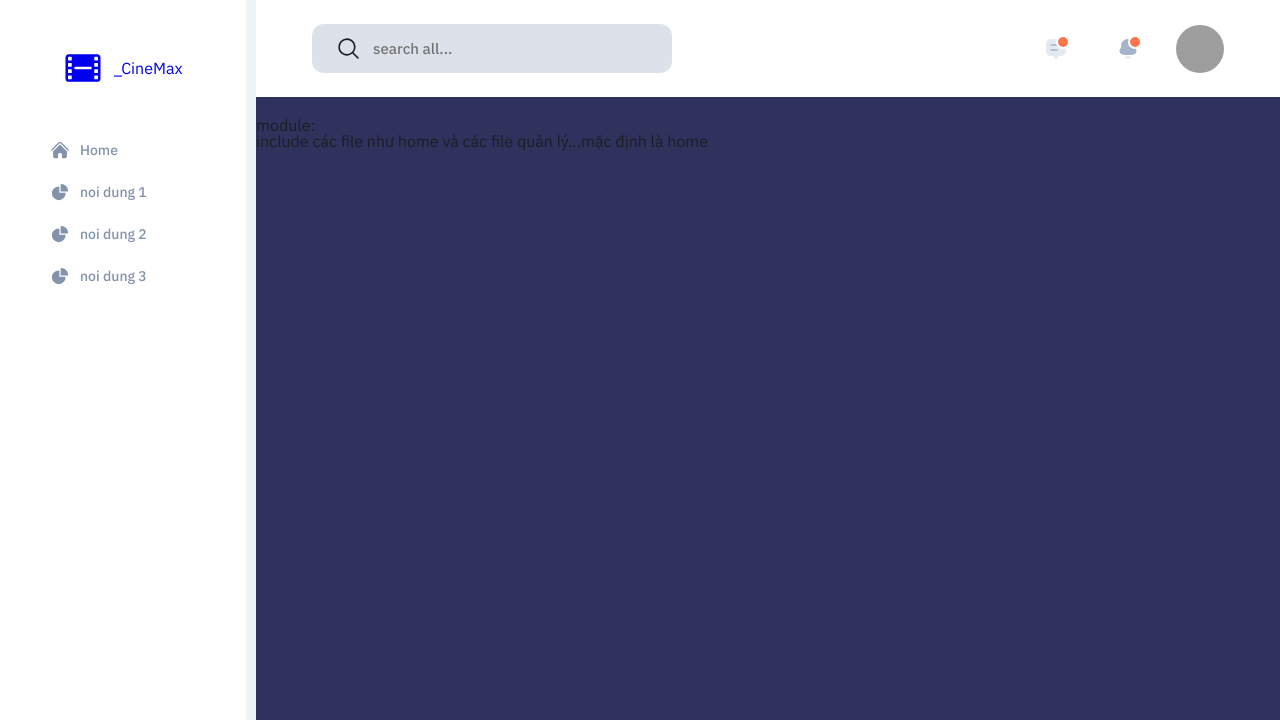
Repository: tdthinhtran961/DoAnCineMax
Page: http://localhost/admin/index.php?act=movies
An editor plug-in stored every save of this project. The page is shown before and after the next save, followed by the edit.
The browser window is 1280 px wide. The pictures show the whole page.
Pictures or frames that could not be fetched are drawn as grey boxes. The page is run by PHP 8.4 with error messages shown; the project is at /var/www/html/.

Above is the page before, as saved 2023-05-25 23:49:25.

### admin/index.php
<!DOCTYPE html>
<html lang="en">
<head>
    <meta charset="UTF-8">
    <meta http-equiv="X-UA-Compatible" content="IE=edge">
    <meta name="viewport" content="width=device-width, initial-scale=1.0">
    <title>Admin CineMax</title>

    <link rel="stylesheet" href="./index.css">

    <link rel="preconnect" href="https://fonts.googleapis.com">
    <link rel="preconnect" href="https://fonts.gstatic.com" crossorigin>
    <link href="https://fonts.googleapis.com/css2?family=IBM+Plex+Sans:wght@400;500;600;700&display=swap" rel="stylesheet">
</head>
<body>
    <div class="wrapper">
        <?php include "./view/layout/sidebar.php" ?>
        <main class="main">
            <?php include "./view/layout/topbar.php" ?>
            <div class="main-container">
                <h1>module:</h1>
                include các file như home và các file quản lý...mặc định là home
            </div>
        </main>
    </div>
</body>
</html>

### admin/view/layout/sidebar.php
<aside class="sidebar">
    <a href="#" class="logo">
        <svg xmlns="http://www.w3.org/2000/svg" viewBox="0 0 24 24" fill="currentColor" class="w-6 h-6 logo-icon">
            <path fill-rule="evenodd" d="M1.5 5.625c0-1.036.84-1.875 1.875-1.875h17.25c1.035 0 1.875.84 1.875 1.875v12.75c0 1.035-.84 1.875-1.875 1.875H3.375A1.875 1.875 0 011.5 18.375V5.625zm1.5 0v1.5c0 .207.168.375.375.375h1.5a.375.375 0 00.375-.375v-1.5a.375.375 0 00-.375-.375h-1.5A.375.375 0 003 5.625zm16.125-.375a.375.375 0 00-.375.375v1.5c0 .207.168.375.375.375h1.5A.375.375 0 0021 7.125v-1.5a.375.375 0 00-.375-.375h-1.5zM21 9.375A.375.375 0 0020.625 9h-1.5a.375.375 0 00-.375.375v1.5c0 .207.168.375.375.375h1.5a.375.375 0 00.375-.375v-1.5zm0 3.75a.375.375 0 00-.375-.375h-1.5a.375.375 0 00-.375.375v1.5c0 .207.168.375.375.375h1.5a.375.375 0 00.375-.375v-1.5zm0 3.75a.375.375 0 00-.375-.375h-1.5a.375.375 0 00-.375.375v1.5c0 .207.168.375.375.375h1.5a.375.375 0 00.375-.375v-1.5zM4.875 18.75a.375.375 0 00.375-.375v-1.5a.375.375 0 00-.375-.375h-1.5a.375.375 0 00-.375.375v1.5c0 .207.168.375.375.375h1.5zM3.375 15h1.5a.375.375 0 00.375-.375v-1.5a.375.375 0 00-.375-.375h-1.5a.375.375 0 00-.375.375v1.5c0 .207.168.375.375.375zm0-3.75h1.5a.375.375 0 00.375-.375v-1.5A.375.375 0 004.875 9h-1.5A.375.375 0 003 9.375v1.5c0 .207.168.375.375.375zm4.125 0a.75.75 0 000 1.5h9a.75.75 0 000-1.5h-9z" clip-rule="evenodd" />
        </svg>
        _CineMax
    </a>
    <ul class="menu">
        <li class="menu-item">
            <a href="#" class="menu-link">
                <svg xmlns="http://www.w3.org/2000/svg" viewBox="0 0 24 24" fill="currentColor" class="w-6 h-6 menu-icon">
                    <path d="M11.47 3.84a.75.75 0 011.06 0l8.69 8.69a.75.75 0 101.06-1.06l-8.689-8.69a2.25 2.25 0 00-3.182 0l-8.69 8.69a.75.75 0 001.061 1.06l8.69-8.69z" />
                    <path d="M12 5.432l8.159 8.159c.03.03.06.058.091.086v6.198c0 1.035-.84 1.875-1.875 1.875H15a.75.75 0 01-.75-.75v-4.5a.75.75 0 00-.75-.75h-3a.75.75 0 00-.75.75V21a.75.75 0 01-.75.75H5.625a1.875 1.875 0 01-1.875-1.875v-6.198a2.29 2.29 0 00.091-.086L12 5.43z" />
                </svg>
                <span class="menu-text">Home</span>
            </a>
        </li>
        <li class="menu-item">
            <a href="#" class="menu-link">
            <svg xmlns="http://www.w3.org/2000/svg" viewBox="0 0 24 24" fill="currentColor" class="w-6 h-6 menu-icon">
                <path fill-rule="evenodd" d="M2.25 13.5a8.25 8.25 0 018.25-8.25.75.75 0 01.75.75v6.75H18a.75.75 0 01.75.75 8.25 8.25 0 01-16.5 0z" clip-rule="evenodd" />
                <path fill-rule="evenodd" d="M12.75 3a.75.75 0 01.75-.75 8.25 8.25 0 018.25 8.25.75.75 0 01-.75.75h-7.5a.75.75 0 01-.75-.75V3z" clip-rule="evenodd" />
            </svg>
                <span class="menu-text">noi dung 1</span>
            </a>
        </li>
        <li class="menu-item">
            <a href="#" class="menu-link">
                <svg xmlns="http://www.w3.org/2000/svg" viewBox="0 0 24 24" fill="currentColor" class="w-6 h-6 menu-icon">
                    <path fill-rule="evenodd" d="M2.25 13.5a8.25 8.25 0 018.25-8.25.75.75 0 01.75.75v6.75H18a.75.75 0 01.75.75 8.25 8.25 0 01-16.5 0z" clip-rule="evenodd" />
                    <path fill-rule="evenodd" d="M12.75 3a.75.75 0 01.75-.75 8.25 8.25 0 018.25 8.25.75.75 0 01-.75.75h-7.5a.75.75 0 01-.75-.75V3z" clip-rule="evenodd" />
                </svg>
                <span class="menu-text">noi dung 2</span>
            </a>
        </li>
        <li class="menu-item">
            <a href="#" class="menu-link">
            <svg xmlns="http://www.w3.org/2000/svg" viewBox="0 0 24 24" fill="currentColor" class="w-6 h-6 menu-icon">
                <path fill-rule="evenodd" d="M2.25 13.5a8.25 8.25 0 018.25-8.25.75.75 0 01.75.75v6.75H18a.75.75 0 01.75.75 8.25 8.25 0 01-16.5 0z" clip-rule="evenodd" />
                <path fill-rule="evenodd" d="M12.75 3a.75.75 0 01.75-.75 8.25 8.25 0 018.25 8.25.75.75 0 01-.75.75h-7.5a.75.75 0 01-.75-.75V3z" clip-rule="evenodd" />
            </svg>
                <span class="menu-text">noi dung 3</span>
            </a>
        </li>
    </ul>
</aside>

### admin/view/layout/topbar.php
<div class="topbar">
    <div class="search">
        <svg xmlns="http://www.w3.org/2000/svg" viewBox="0 0 24 24" fill="currentColor" class="w-6 h-6 search-icon">
            <path fill-rule="evenodd" d="M10.5 3.75a6.75 6.75 0 100 13.5 6.75 6.75 0 000-13.5zM2.25 10.5a8.25 8.25 0 1114.59 5.28l4.69 4.69a.75.75 0 11-1.06 1.06l-4.69-4.69A8.25 8.25 0 012.25 10.5z" clip-rule="evenodd" />
        </svg>
        <input type="text" class="search-input" placeholder="search all...">
    </div>
    <div class="topbar-right">
        <svg class="icon-message topbar-action" width="48" height="48" viewBox="0 0 48 48" fill="none" xmlns="http://www.w3.org/2000/svg">
            <path d="M14 24.97V18.99C14 16.23 16.24 14 19 14H29C31.76 14 34 16.23 34 18.99V25.97C34 28.72 31.76 30.95 29 30.95H27.5C27.19 30.95 26.89 31.1 26.7 31.35L25.2 33.34C24.54 34.22 23.46 34.22 22.8 33.34L21.3 31.35C21.14 31.13 20.78 30.95 20.5 30.95H19C16.24 30.95 14 28.72 14 25.97V24.97Z" fill="#E5EAF1"/>
            <path d="M29 20.75H19C18.59 20.75 18.25 20.41 18.25 20C18.25 19.59 18.59 19.25 19 19.25H29C29.41 19.25 29.75 19.59 29.75 20C29.75 20.41 29.41 20.75 29 20.75Z" fill="#A5B4CB"/>
            <path d="M25 25.75H19C18.59 25.75 18.25 25.41 18.25 25C18.25 24.59 18.59 24.25 19 24.25H25C25.41 24.25 25.75 24.59 25.75 25C25.75 25.41 25.41 25.75 25 25.75Z" fill="#A5B4CB"/>
            <rect x="25" y="11" width="12" height="12" rx="6" fill="#FF754C"/>
            <rect x="25" y="11" width="12" height="12" rx="6" stroke="white" stroke-width="2"/>
        </svg>
        <svg class="icon-noti topbar-action" width="48" height="48" viewBox="0 0 48 48" fill="none" xmlns="http://www.w3.org/2000/svg">
            <path d="M31.7695 23.6453C31.039 22.7923 30.7071 22.0531 30.7071 20.7972V20.3701C30.7071 18.7335 30.3304 17.6791 29.5115 16.6246C28.2493 14.987 26.1244 14 24.0442 14H23.9558C21.9194 14 19.8611 14.9417 18.577 16.5128C17.7133 17.5884 17.2929 18.6882 17.2929 20.3701V20.7972C17.2929 22.0531 16.9828 22.7923 16.2305 23.6453C15.6769 24.2738 15.5 25.0815 15.5 25.9557C15.5 26.8309 15.7872 27.6598 16.3637 28.3336C17.116 29.1413 18.1785 29.6569 19.2638 29.7466C20.835 29.9258 22.4063 29.9933 24.0005 29.9933C25.5937 29.9933 27.165 29.8805 28.7372 29.7466C29.8215 29.6569 30.884 29.1413 31.6363 28.3336C32.2118 27.6598 32.5 26.8309 32.5 25.9557C32.5 25.0815 32.3231 24.2738 31.7695 23.6453Z" fill="#A5B4CB"/>
            <path d="M26.0087 31.2283C25.5088 31.1215 22.4626 31.1215 21.9627 31.2283C21.5353 31.327 21.0732 31.5566 21.0732 32.0602C21.098 32.5406 21.3793 32.9646 21.7689 33.2335L21.7679 33.2345C22.2718 33.6273 22.8631 33.877 23.4823 33.9667C23.8123 34.012 24.1482 34.01 24.4901 33.9667C25.1083 33.877 25.6996 33.6273 26.2035 33.2345L26.2025 33.2335C26.5921 32.9646 26.8734 32.5406 26.8982 32.0602C26.8982 31.5566 26.4361 31.327 26.0087 31.2283Z" fill="#E5EAF1"/>
            <rect x="25" y="11" width="12" height="12" rx="6" fill="#FF754C"/>
            <rect x="25" y="11" width="12" height="12" rx="6" stroke="white" stroke-width="2"/>
        </svg>
        <div class="profile">
            <img class="" src="https://images.unsplash.com/photo-1600486913747-55e5470d6f40?ixlib=rb-4.0.3&ixid=M3wxMjA3fDB8MHxzZWFyY2h8MTd8fG1hbnxlbnwwfHwwfHx8MA%3D%3D&auto=format&fit=crop&w=800&q=60" alt="">
        </div>
    </div>
</div>

### admin/index.css
/* start css reset */
*,
*:before,
*:after {
  box-sizing: border-box;
}
* {
  margin: 0;
  padding: 0;
  font: inherit;
}
img,
picture,
svg,
video {
  display: block;
  max-width: 100%;
}
input,
select,
textarea {
  background-color: transparent;
  outline: none;
}
button {
  cursor: pointer;
  background-color: transparent;
  outline: none;
  border: 0;
}
body {
  min-height: 100vh;
  font-weight: 400;
  font-size: 16px;
  line-height: 1;
}
a {
  text-decoration: none;
}
ul, ol {
  list-style-type: none;
}
/* end css reset */
body {
  font-family: "IBM Plex Sans", sans-serif;
  color: hsl(220, 10%, 12%);
  text-rendering: optimizeLegibility;
  -webkit-font-smoothing: antialiased;
  -moz-osx-font-smoothing: grayscale;
}
.wrapper {
  max-width: 1440px;
  margin: 0 auto;
  background-color: #30325E;
  display: grid;
  grid-template-columns: 256px minmax(0, 1fr);
  min-height: 100vh;
}

/* start sidebar */
.sidebar {
  background-color: white;
  padding: 48px 30px;
  border-right: 10px solid #F0F3F6;
}
.logo {
  display: flex;
  align-items: center;
  justify-content: center;
  gap: 10px;
  margin-bottom: 44px;
}
.logo-icon {
  width: 40px;
  height: 40px;
}
.menu {
  display: flex;
  flex-direction: column;
  gap: 6px;
}
.menu-icon {
  width: 20px;
  height: 20px;
}
.menu-link {
  display: flex;
  align-items: center;
  gap: 10px;
  color: hsl(215, 19%, 59%);
  font-size: 14px;
  line-height: 143%;
  font-weight: 500;
  padding: 8px 30px 8px 20px;
  border-radius: 12px;
}
.menu-link:hover {
  background: linear-gradient(92.29deg, #415EF4 0.33%, #7141EF 28.14%);
  color: white;
}
/* end css sidebar */
/* start css topbar */
.topbar {
  padding: 24px 56px;
  background-color: white;
  display:flex;
  justify-content: space-between;
  align-items: center;
  margin-bottom: 20px;
}
.search {
  padding: 12px 24px;
  border-radius: 12px;
  display: flex;
  align-items: center;
  gap: 12px;
  background-color: hsl(217, 24%, 89%);
  flex: 0 1 360px;
}
.search-icon {
  width: 25px;
  height: 25px;
}
.search-input {
  background-color: transparent;
  border: none;
  font-weight: 500;
  font-size: 15px;
  color: hsl(248, 57%, 60%);
  caret-color: hsl(248, 57%, 60%);
  flex: 1;
}
.topbar-right {
  display: flex;
  align-items: center;
  gap: 24px;
  flex-shrink: 0;
}
.topbar-action{
  flex-shrink: 0;
}
.profile {
  width: 48px;
  height: 48px;
  flex-shrink: 0;
}
.profile img {
  border-radius: 100rem;
  width: 100%;
  height: 100%;
  object-fit: cover;
  flex-shrink: 0;
}
/* end css topbar */
/* star css main-container */
.main-container {

}

After the next save:
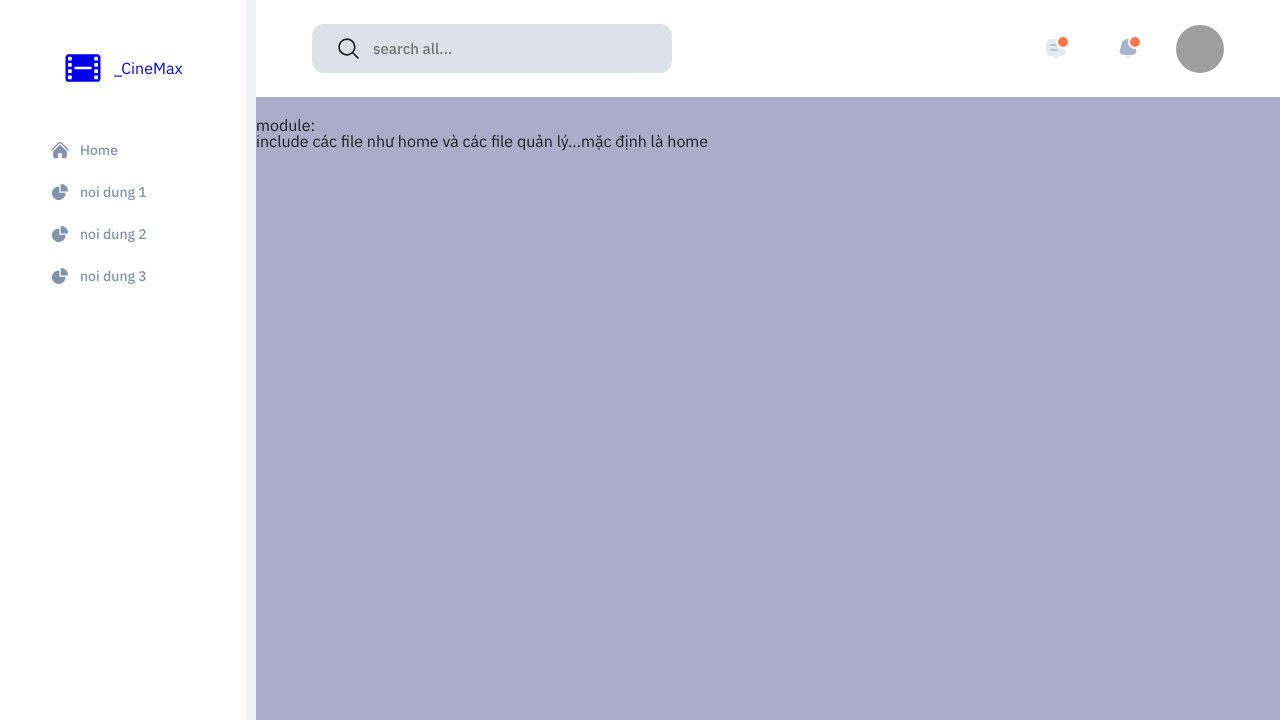
Saved 28 s later.
--- a/admin/index.css
+++ b/admin/index.css
@@ -51,7 +51,7 @@ body {
 .wrapper {
   max-width: 1440px;
   margin: 0 auto;
-  background-color: #30325E;
+  background-color: #aaacc9;
   display: grid;
   grid-template-columns: 256px minmax(0, 1fr);
   min-height: 100vh;
